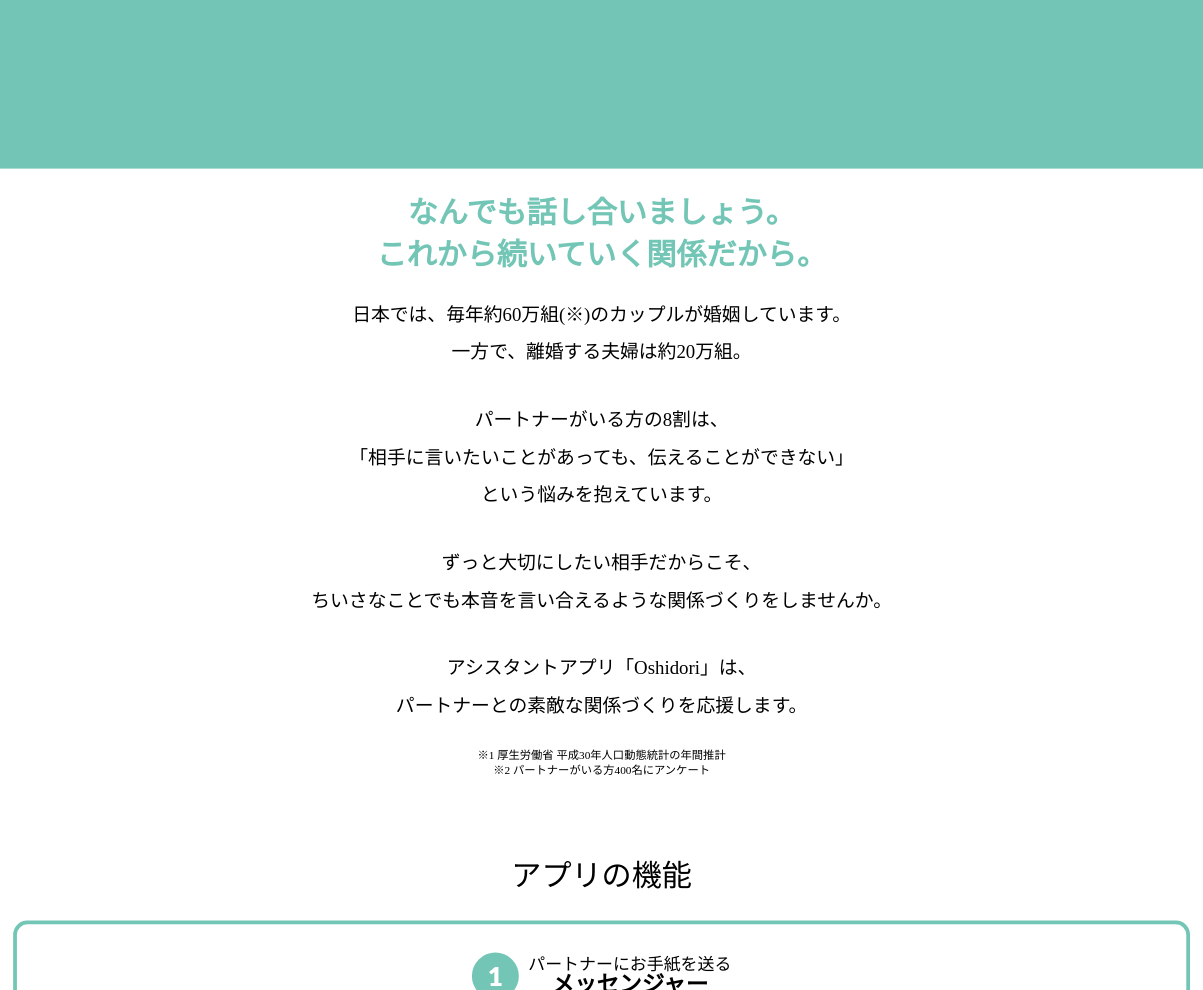
Repository: YamaTatsu10969/Oshidori_LP
Page: Oshidori.html
These files come from the project's save history. The page is drawn as it stood at one moment and after the next save; the edit follows.
The browser window is 1280 px wide. The pictures show the part of the page from y = 561 to 1614 px (the page is 3154 px tall before and 3234 px after), at 94% of full size.
A picture or video elsewhere on the page could not be fetched, so the positions and the page height are approximate.

Above is the page before, as saved 2019-05-26 00:19:52.

After the next save:
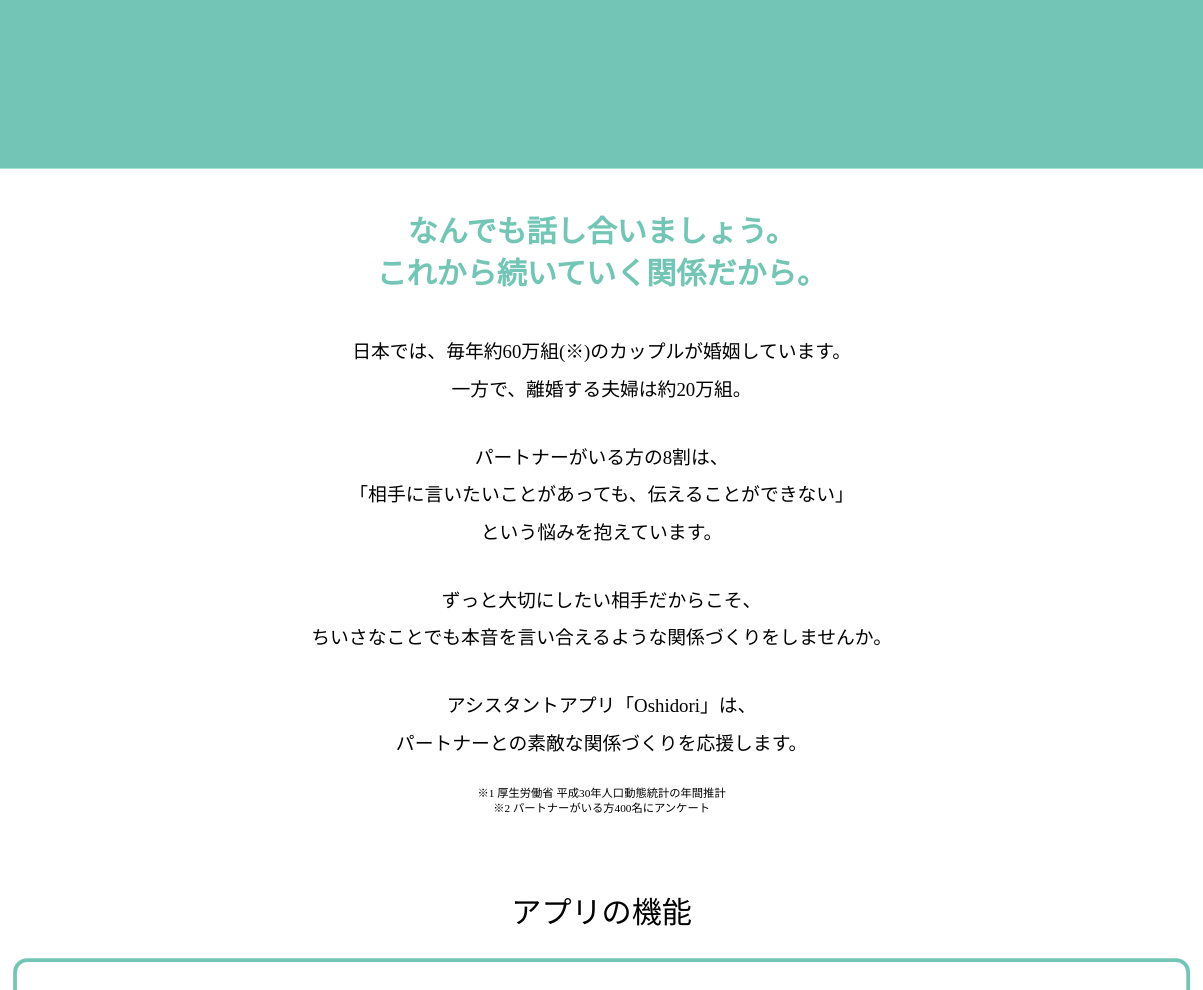
Saved 4 s later.
--- a/Oshidori.css
+++ b/Oshidori.css
@@ -69,7 +69,9 @@
     overflow: hidden;
 }
 
-.logo-margin
+.logo-margin {
+
+}
 
 
 
